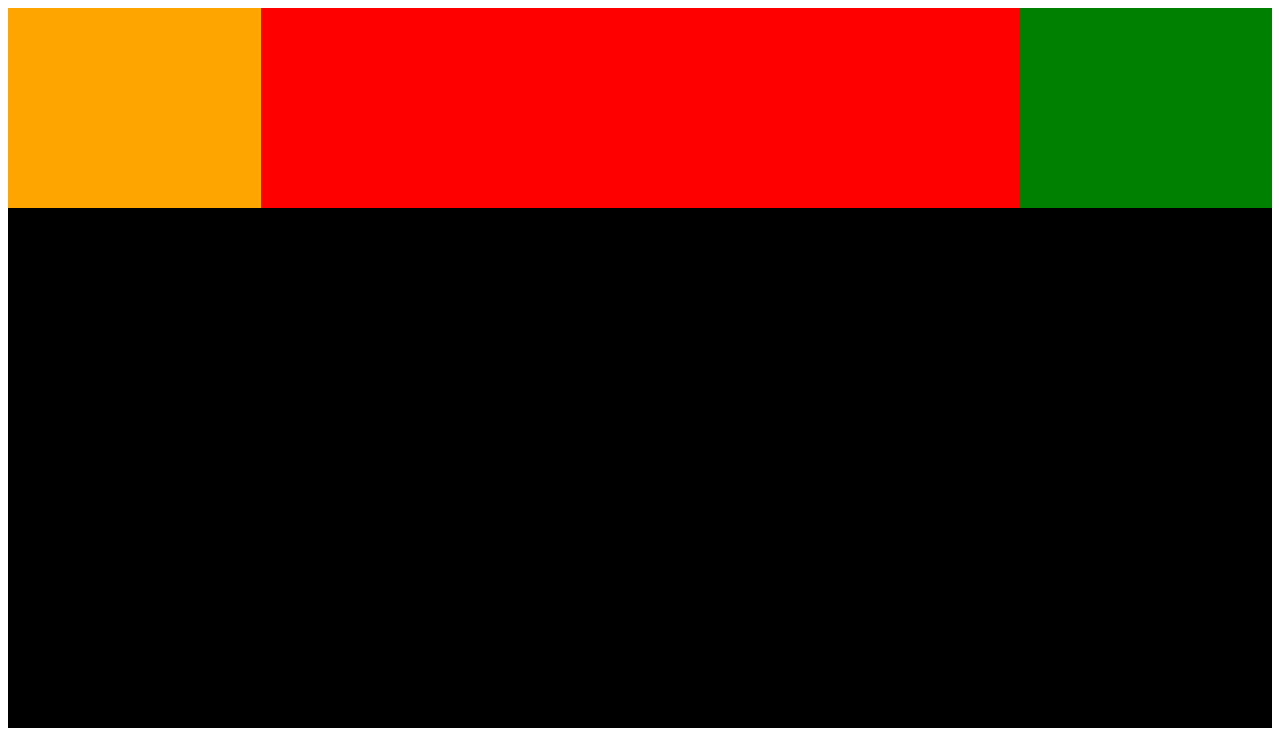
Repository: fixbb/workspace
Page: 015元素的浮动布局/index2.html
The author's editor kept a copy of each file at every save. The page is drawn from the files as they stood at one save, then again after the next save.
The browser window is 1280 px wide. The pictures show the whole page.

Above is the page before, as saved 2021-08-29 21:26:25.

### 015元素的浮动布局/index2.html
<!DOCTYPE html>
<html lang="en">

<head>
    <meta charset="UTF-8">
    <meta http-equiv="X-UA-Compatible" content="IE=edge">
    <meta name="viewport" content="width=device-width, initial-scale=1.0">
    <title>Document</title>
    <style>
        .a {
            width: 20%;
            background: orange;
        }

        .b {
            width: 60%;
            background: red;
        }

        .c {
            width: 20%;
            background: green;
        }

        .a,
        .b,
        .c {
            float: left;
            height: 200px;
        }

        .h {
            height: 360px;
            background: black;
        }
        .hh {
            height: 360px;
            background: white;
        }
    </style>
</head>

<body>
    <!-- 编写完一个横排的三个元素，占满一个横排后，
        若是继续编写接下来的元素，会出现一个问题：由于这三个元素是浮动的，
        后来的元素就会被这三个元素遮挡。 -->
    <!-- 解决方法：为三个浮动的元素套上一个不浮动的父级元素，就可以避免横排的浮动元素，会遮盖后来的元素 -->
    <div class="h">
        <div class="a"></div>
        <div class="b"></div>
        <div class="c"></div>
    </div>


    <div class="h"></div>
</body>

</html>

After the next save:
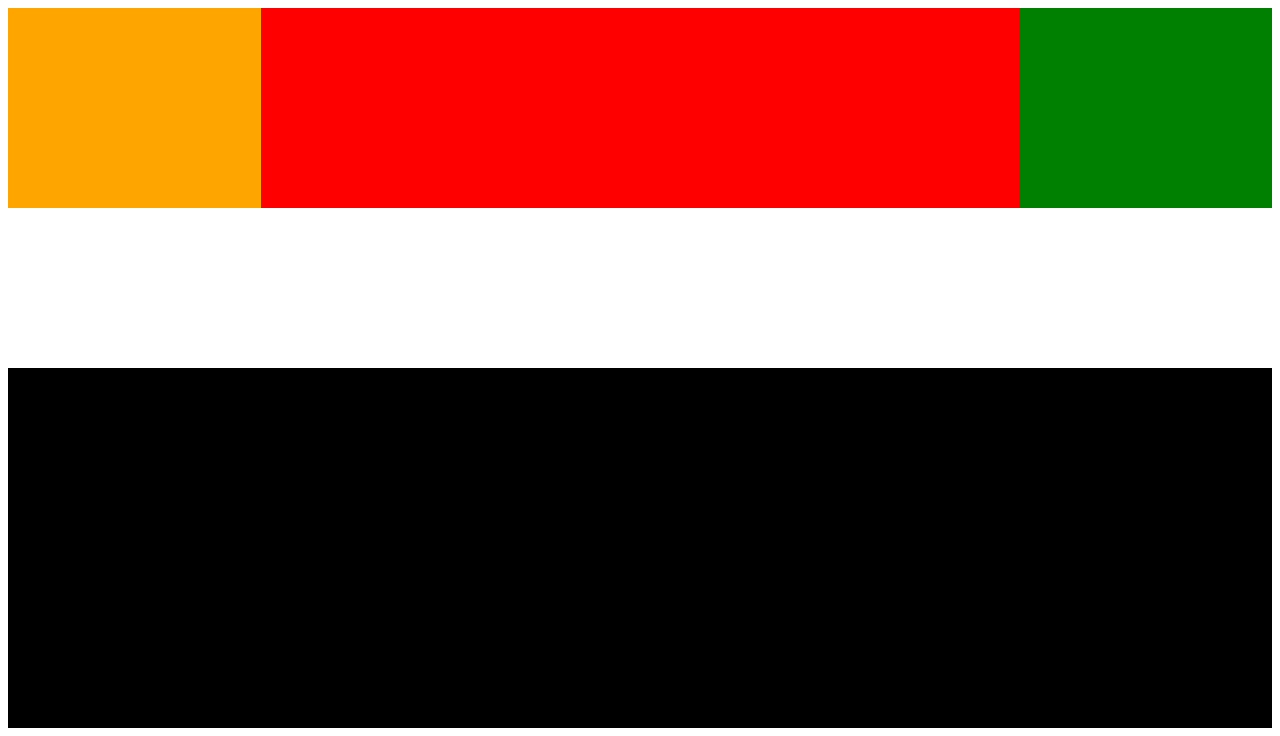
Saved 15 s later.
--- a/015元素的浮动布局/index2.html
+++ b/015元素的浮动布局/index2.html
@@ -45,7 +45,7 @@
         若是继续编写接下来的元素，会出现一个问题：由于这三个元素是浮动的，
         后来的元素就会被这三个元素遮挡。 -->
     <!-- 解决方法：为三个浮动的元素套上一个不浮动的父级元素，就可以避免横排的浮动元素，会遮盖后来的元素 -->
-    <div class="h">
+    <div class="hh">
         <div class="a"></div>
         <div class="b"></div>
         <div class="c"></div>
